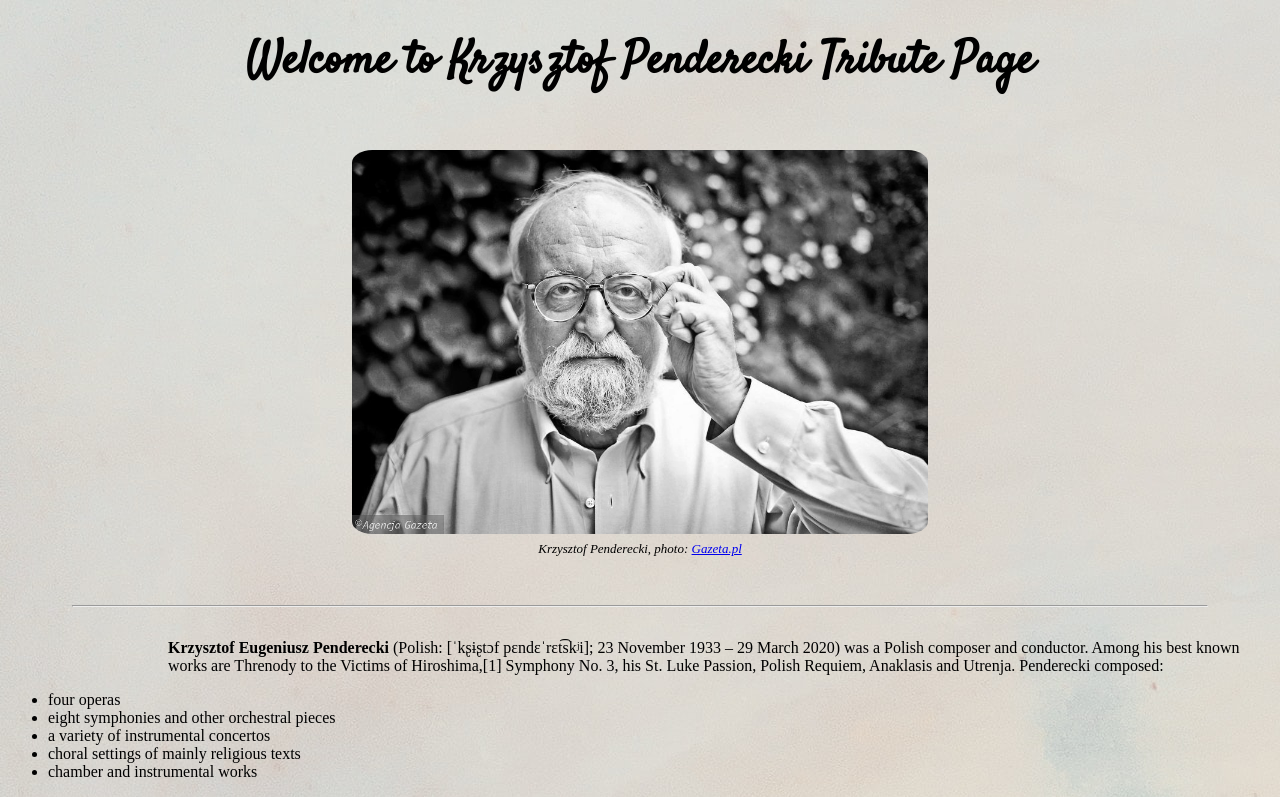
Repository: justynke/tribute_page
Page: index.html
The author's editor kept a copy of each file at every save. The page is drawn from the files as they stood at one save, then again after the next save.
The browser window is 1280 px wide. The pictures show the whole page.

Above is the page before, as saved 2020-04-23 00:09:21.

### index.html
<!DOCTYPE html>
<html lang = "pl-PL">
<head>
    <link href="https://fonts.googleapis.com/css2?family=Satisfy&display=swap" rel="stylesheet">
    <link rel="stylesheet" type="text/css" href="styles.css">
    <title>Krzysztof Penderecki Tribute Page</title>
</head>
<body>
    <h1 id = "title">Welcome to Krzysztof Penderecki Tribute Page</h1>
    <div id = "img-div">
        <figure>
            <img id = "image" src = "images/penderecki_01.jpg" alt = "Krzysztof Penderecki">
            <figcaption>Krzysztof Penderecki, photo: <a href = "http://gazeta.pl">Gazeta.pl</a></figcaption>
        </figure>
    </div>

    <hr>

    <p>
        <b>Krzysztof Eugeniusz Penderecki</b> (Polish: [ˈkʂɨʂtɔf pɛndɛˈrɛt͡skʲi]; 23 November 1933 – 29 March 2020) was a Polish composer and conductor. Among his best known works are Threnody to the Victims of Hiroshima,[1] Symphony No. 3, his St. Luke Passion, Polish Requiem, Anaklasis and Utrenja. Penderecki composed:
        <ul>
            <li>four operas</li>
            <li>eight symphonies and other orchestral pieces</li>
            <li>a variety of instrumental concertos</li>
            <li>choral settings of mainly religious texts</li>
            <li>chamber and instrumental works</li>
        </ul>
    </p>








</body>
</html>

### styles.css
body {
    background-image: url(images/background.jpg);
}

h1 {
    text-align: center;
    font-family: Satisfy;
    font-size: 45px;
    margin-bottom: 0.8em;
}

#img-div {
    display: flex;
    justify-content: space-around;
}

#image {
    height: 30vw;
    width: auto;
    filter: gray; /* IE6-9 */
    -webkit-filter: grayscale(1); /* Google Chrome, Safari 6+ & Opera 15+ */
    filter: grayscale(1);
    border-style: solid;
    border-color: transparent;
    border-radius: 4%;
}


#image:hover {
    filter: grayscale(0);
}

figcaption {
    text-align: center;
    font-style: italic;
    font-size: small;
}


hr {
    margin-top: 2em;
    margin-bottom: 2em;
    margin-left: 4em;
    margin-right: 4em;
}

p {
    padding-left: 10em;
}

After the next save:
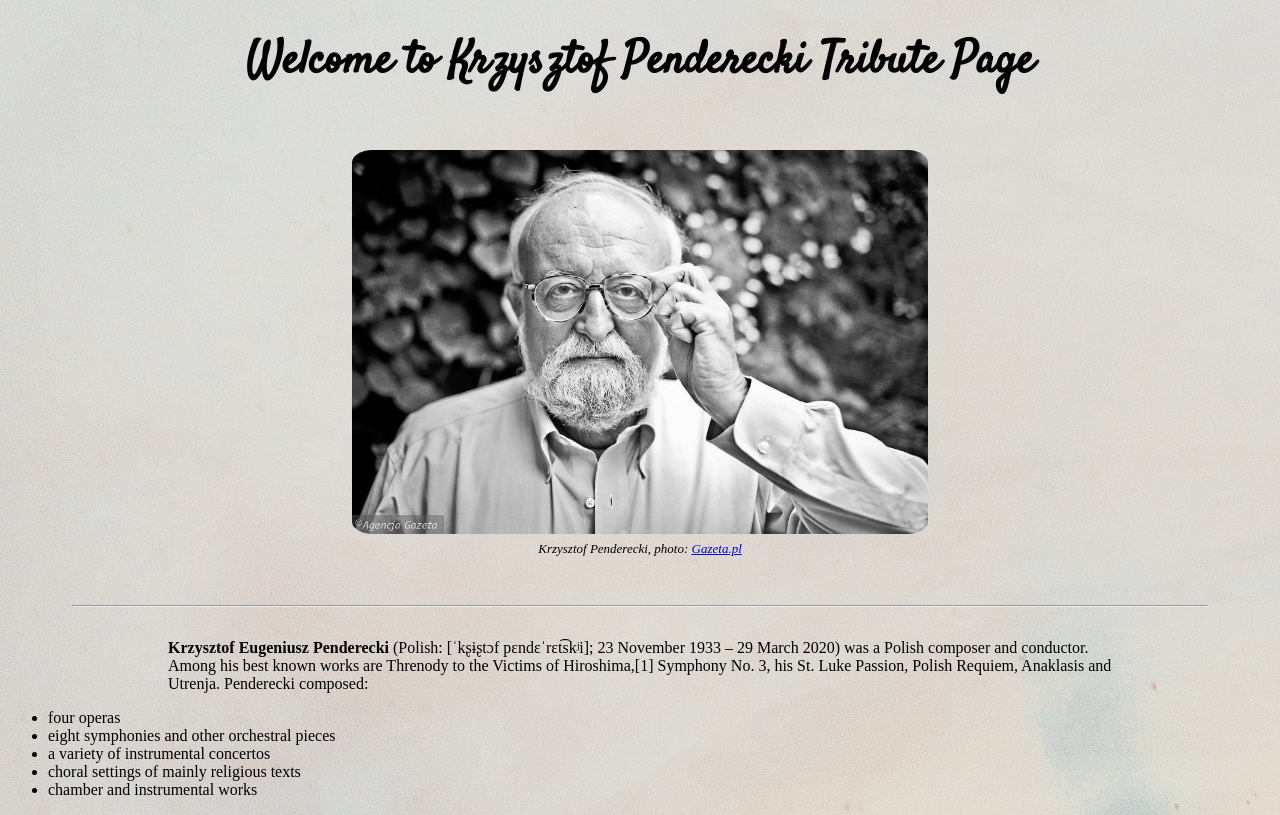
Saved 6 s later.
--- a/styles.css
+++ b/styles.css
@@ -46,4 +46,5 @@
 
 p {
     padding-left: 10em;
+    padding-right: 10em;
 }
